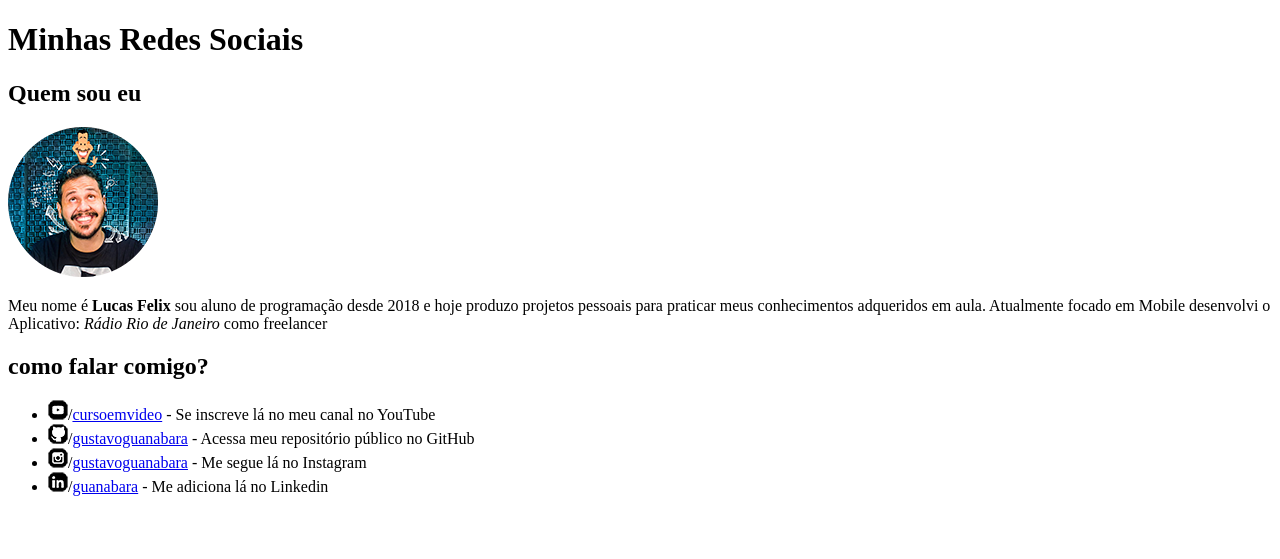
Repository: pheonix5/Estudo
Page: html-css/desafio/d005/index.html
The author's editor kept a copy of each file at every save. The page is drawn from the files as they stood at one save, then again after the next save.
The browser window is 1280 px wide. The pictures show the whole page.

Above is the page before, as saved 2023-08-02 20:12:10.

After the next save:
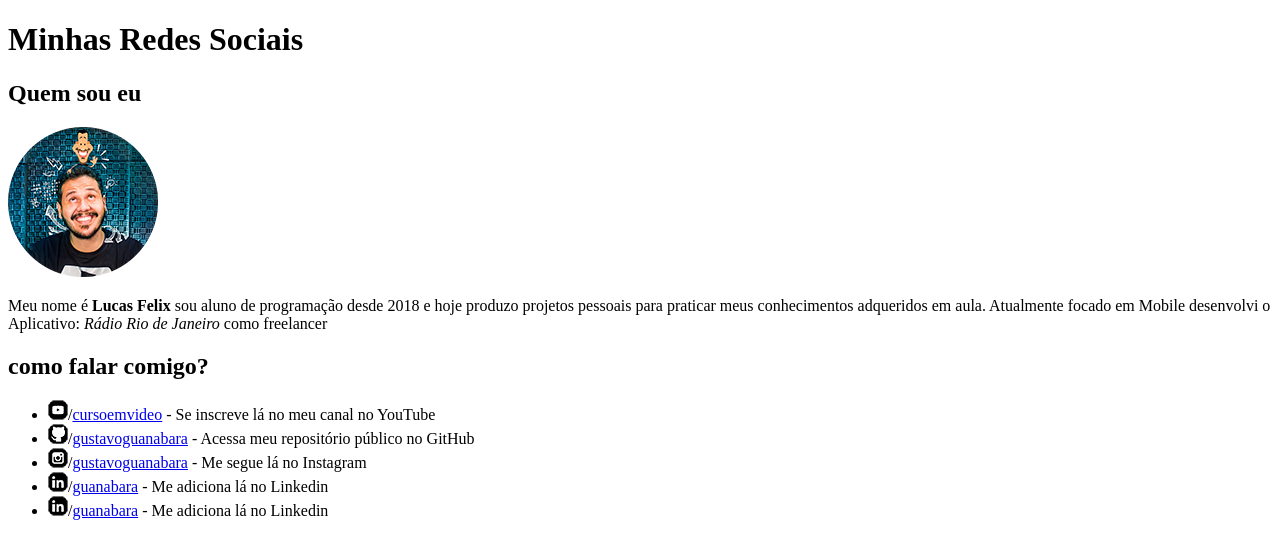
Saved 39 s later.
--- a/html-css/desafio/d005/index.html
+++ b/html-css/desafio/d005/index.html
@@ -20,6 +20,8 @@
     <li><img src="imagens/icone-instagram.png" alt="icon-github">/<a href="#">gustavoguanabara</a> - Me segue lá no Instagram</li>
 
     <li><img src="imagens/icone-linkedin.png" alt="icon-github">/<a href="#">guanabara</a> - Me adiciona lá no Linkedin</li>
+
+    <li><img src="imagens/icone-linkedin.png" alt="icon-github">/<a href="#">guanabara</a> - Me adiciona lá no Linkedin</li>
   </ul>
   </body>
 </html>
